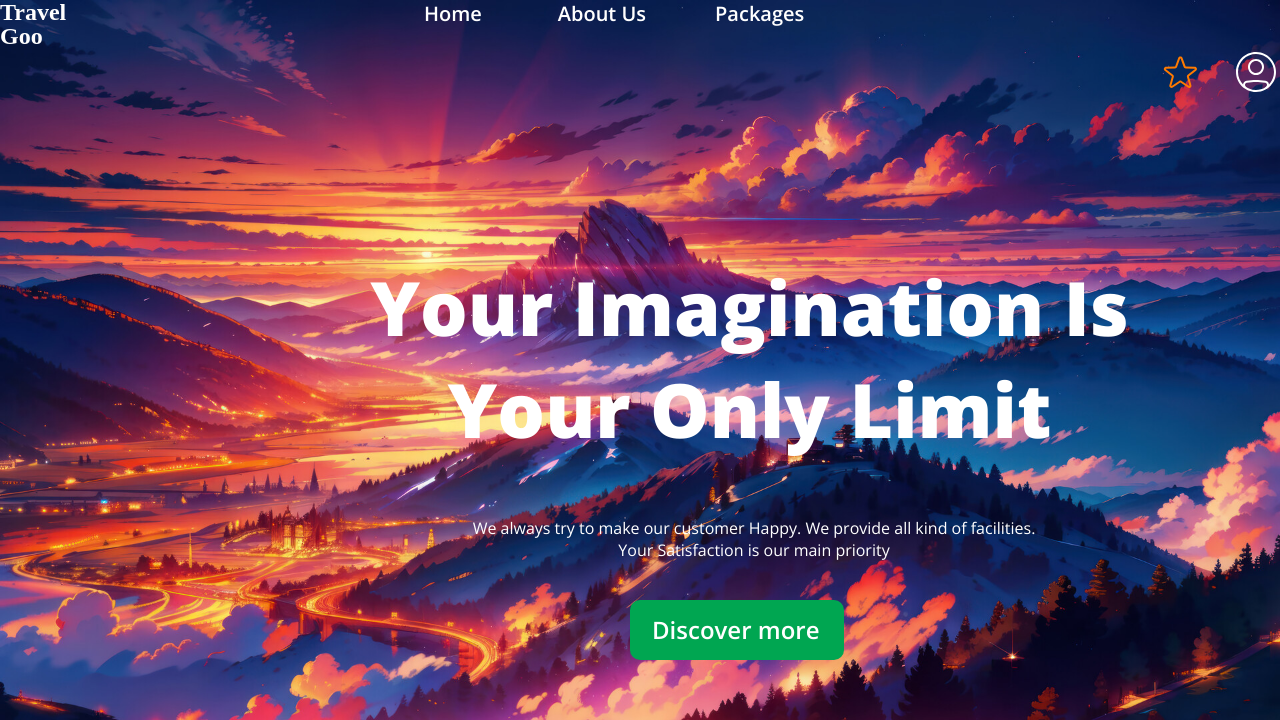
Repository: HeybetzadeQedim/task-3
Page: index.html
An editor plug-in stored every save of this project. The page is shown before and after a run of saves, followed by the edit.
The browser window is 1280 px wide. The pictures show the whole page.
Some web fonts or font styles are not loaded; a fallback is used.

Above is the page before, as saved 2023-10-07 13:43:53.

### index.html
<!DOCTYPE html>
<html lang="en">
<head>
    <meta charset="UTF-8">
    <meta name="viewport" content="width=device-width, initial-scale=1.0">
    <title>Document</title>
    <link rel="stylesheet" href="./index.css"
</head>
<body>
    <div class="box-container">
        <nav>
            <p class="text-1">Travel<br> Goo</p>
            <ul>
                <li>Home</li>
                <li>About Us</li>
                <li>Packages</li>
            </ul>
            <div class="image-container">
                <img src="./images/clarity_favorite-line.svg">
                <img src="./images/healthicons_ui-user-profile-outline.svg">
            </div>
        </nav>

        <h1>Your Imagination Is Your Only Limit</h1>
        <p class="text-2">We always try to make our customer Happy. We provide all kind of facilities. Your Satisfaction is our main priority</p>
        <p class="text-3">Discover more</p>


    </div>


</body>
</html>

### index.css
@import url("https://fonts.googleapis.com/css2?family=Laila:wght@700&family=Open+Sans:wght@400;600;700;800&display=swap");
* {
  margin: 0;
  padding: 0;
  box-sizing: border-box;
}
.box-container {
  background-image: url(./images/sunset-mountain-landscape-scenery-ai-art-hd-wallpaper-uhdpaper.com-744@1@l.jpg);
  min-height: 100vh;
  background-size: 100% 100%;
}
nav {
  display: flex;
  justify-content: space-between;
}
.text-1 {
  color: #fff;
  /* margin-top: 32px;
  margin-left: 136px; */
  font-family: Laila;
  font-size: 24px;
  font-style: normal;
  font-weight: 700;
  line-height: 102.5%;
}
ul {
  display: flex;
  /* margin-left: 370px; */
  /* margin-top: 36px; */
}
ul li:nth-child(2) {
  margin-left: 76px;
  margin-right: 69px;
}
li {
  color: #fff;
  font-family: Open Sans;
  font-size: 20px;
  font-style: normal;
  font-weight: 600;
  line-height: normal;
  list-style-type: none;

}

.image-container {
  /* margin-left: 411px; */
  display: flex;
}
.image-container img:first-child {
  margin-top: 54px;
  margin-right: 34px;
  width: 36px;
  height: 36px;
}
.image-container img:last-child {
  margin-top: 48px;
  width: 48px;
  height: 48px;
}
h1 {
  color: #fff;
  margin-left: 360px;
  margin-top: 160px;
  width: 779px;
  text-align: center;
  font-family: Open Sans;
  font-size: 75px;
  font-style: normal;
  font-weight: 800;
  line-height: normal;
}
.text-2 {
  color: #fff;
  margin-top: 57px;
  margin-left: 470px;
  width: 568px;
  text-align: center;
  font-family: Open Sans;
  font-size: 16px;
  font-style: normal;
  font-weight: 400;
  line-height: normal;
}
.text-3 {
  color: #fff;
  margin-left: 630px;
  margin-top: 39px;
  border-radius: 10px;
  background-color: #00A651;
  display: inline-block;
  padding: 13px 24px 14px 22px;
  text-align: center;
  font-family: Open Sans;
  font-size: 24px;
  font-style: normal;
  font-weight: 600;
  line-height: normal;
}

After the next 2 saves:
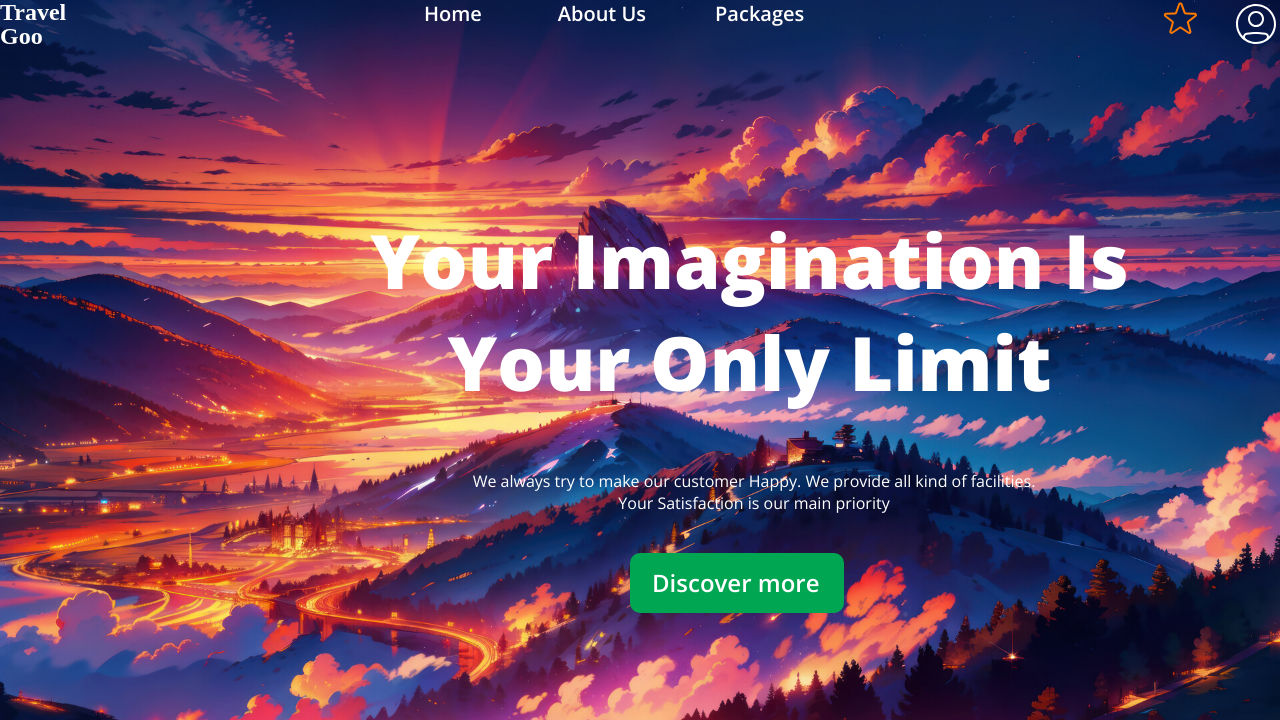
The 2 saves are shown as one change because they came seconds apart.
The last was saved 11 s later.
--- a/index.css
+++ b/index.css
@@ -48,13 +48,13 @@ li {
   display: flex;
 }
 .image-container img:first-child {
-  margin-top: 54px;
+  /* margin-top: 54px; */
   margin-right: 34px;
   width: 36px;
   height: 36px;
 }
 .image-container img:last-child {
-  margin-top: 48px;
+  /* margin-top: 48px; */
   width: 48px;
   height: 48px;
 }
